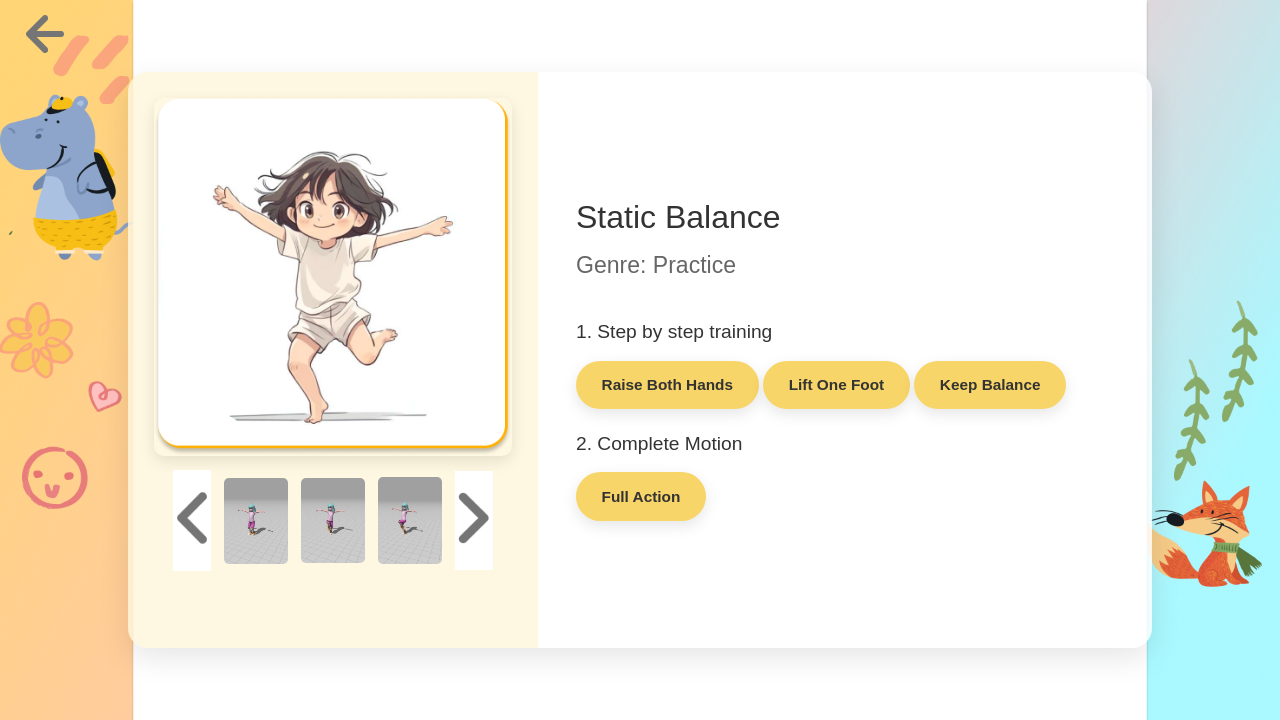
Repository: Jayhawk2000/AR_Game_DCD_Children
Page: prac_bal.html
An editor plug-in stored every save of this project. The page is shown before and after the next save, followed by the edit.
The browser window is 1280 px wide. The pictures show the whole page.

Above is the page before, as saved 2024-10-16 14:08:40.

### prac_bal.html
<!DOCTYPE html>
<html lang="en">
<head>
    <meta charset="UTF-8">
    <meta name="viewport" content="width=device-width, initial-scale=1.0">
    <title>Balance Practice</title>
    <link href="https://cdn.jsdelivr.net/npm/tailwindcss@2.2.19/dist/tailwind.min.css" rel="stylesheet">
    <style>
        body, html {
            margin: 0;
            padding: 0;
            width: 100vw;
            height: 100vh;
            overflow: hidden;
            display: flex;
            justify-content: center;
            align-items: center;
            background-image: url('img/bal.png');
            background-size: cover;
            background-position: center;
            font-family: 'Arial', sans-serif;
        }

        .container {
            width: 80vw;
            height: 80vh;
            border-radius: 20px;
            background-color: rgba(255, 255, 255, 0.8);
            display: flex;
            overflow: hidden;
            box-shadow: 0 10px 30px rgba(0,0,0,0.1);
        }

        .return-button {
            position: absolute;
            top: 2vh;
            left: 2vw;
            width: 3vw;
            height: 3vw;
            background: url('img/returnicon.png') no-repeat center center;
            background-size: contain;
            border: none;
            cursor: pointer;
            transition: transform 0.3s ease;
        }

        .return-button:hover {
            transform: scale(1.1);
        }

        .left-section {
            width: 40%;
            display: flex;
            flex-direction: column;
            align-items: center;
            padding: 2vw;
            background-color: rgba(248, 213, 104, 0.2);
        }

        .illustration img {
            width: 100%;
            height: auto;
            border-radius: 10px;
            box-shadow: 0 5px 15px rgba(0,0,0,0.1);
            transition: transform 0.3s ease;
        }

        .illustration img:hover {
            transform: scale(1.05);
        }

        .thumbnails {
            display: flex;
            width: 100%;
            justify-content: center;
            align-items: center;
            margin-top: 2vh;
        }

        .thumbnail {
            width: 5vw;
            height: auto;
            margin: 0 0.5vw;
            border-radius: 5px;
            transition: all 0.3s ease;
        }

        .thumbnail:hover {
            transform: scale(1.1);
            box-shadow: 0 5px 15px rgba(0,0,0,0.2);
        }

        .staticarrow {
            width: 3vw;
            height: auto;
            margin: 0 0.5vw;
            cursor: pointer;
            transition: transform 0.3s ease;
        }

        .staticarrow:hover {
            transform: scale(1.1);
        }

        .right-section {
            flex: 1;
            padding: 3vw;
            display: flex;
            flex-direction: column;
            justify-content: center;
        }

        .button {
            background-color: #f8d568;
            border: none;
            color: #333;
            padding: 1vw 2vw;
            margin: 0.5vw 0;
            cursor: pointer;
            border-radius: 50px;
            font-weight: bold;
            font-size: 1.2vw;
            transition: all 0.3s ease;
            box-shadow: 0 5px 15px rgba(0,0,0,0.1);
        }

        .button:hover {
            background-color: #f0c040;
            transform: translateY(-3px);
            box-shadow: 0 7px 20px rgba(0,0,0,0.2);
        }

        h1, h2, h3 {
            color: #333;
        }

        h1 {
            font-size: 2.5vw;
            margin-bottom: 1vh;
        }

        h2 {
            font-size: 1.8vw;
            margin-bottom: 3vh;
            color: #666;
        }

        h3 {
            font-size: 1.5vw;
            margin-top: 2vh;
            margin-bottom: 1vh;
        }

        .modal {
            display: none;
            position: fixed;
            z-index: 1000;
            left: 0;
            top: 0;
            width: 100%;
            height: 100%;
            background-color: rgba(0,0,0,0.9);
        }

        .modal-content {
            margin: auto;
            display: block;
            width: 80%;
            max-width: 700px;
            max-height: 80%;
            border-radius: 10px;
        }

        .close {
            position: absolute;
            top: 15px;
            right: 35px;
            color: #f1f1f1;
            font-size: 40px;
            font-weight: bold;
            transition: 0.3s;
        }

        .close:hover,
        .close:focus {
            color: #bbb;
            text-decoration: none;
            cursor: pointer;
        }

        .arrow {
            cursor: pointer;
            position: absolute;
            top: 50%;
            width: auto;
            padding: 16px;
            color: white;
            font-weight: bold;
            font-size: 20px;
            transition: 0.6s ease;
            border-radius: 0 3px 3px 0;
            user-select: none;
        }

        .right-arrow {
            right: 0;
            border-radius: 3px 0 0 3px;
        }

        .left-arrow:hover, .right-arrow:hover {
            background-color: rgba(0,0,0,0.8);
        }
    </style>
</head>
<body>
    <a href="homepage.html" class="return-button"></a>
    <div class="container">
        <div class="left-section">
            <div class="illustration">
                <img src="img/prac_bal.png" alt="Main Illustration">
            </div>
            <div class="thumbnails">
                <img class="staticarrow" src="img/left.png" alt="Previous">
                <img src="img/b1.png" alt="Raise Both Hands" class="thumbnail" onclick="openModal(this.src)">
                <img src="img/b2.png" alt="Lift One Foot" class="thumbnail" onclick="openModal(this.src)">
                <img src="img/b3.png" alt="Keep Balance" class="thumbnail" onclick="openModal(this.src)">
                <img class="staticarrow" src="img/right.png" alt="Next">
            </div>
        </div>
        <div class="right-section">
            <h1>Static Balance</h1>
            <h2>Genre: Practice</h2>
            <div class="training-steps">
                <h3>1. Step by step training</h3>
                <button class="button" onclick="window.location.href='bal_step1.html';">Raise Both Hands</button>
                <button class="button" onclick="window.location.href='bal_step2.html';">Lift One Foot</button>
                <button class="button" onclick="window.location.href='bal_step3.html';">Keep Balance</button>
            </div>
            <div class="complete-motion">
                <h3>2. Complete Motion</h3>
                <button class="button" onclick="window.location.href='bal_full.html';">Full Action</button>
            </div>
        </div>
    </div>

    <div id="myModal" class="modal">
        <span class="close">&times;</span>
        <span class="arrow left-arrow" onclick="changeImage(-1)">&#10094;</span>
        <img class="modal-content" id="img01">
        <span class="arrow right-arrow" onclick="changeImage(1)">&#10095;</span>
    </div>

    <script>
        let currentIndex = 0;
        const images = document.querySelectorAll(".thumbnail");

        function openModal(src) {
            currentIndex = Array.from(images).findIndex(img => img.src === src);
            showModal(currentIndex);
        }

        function showModal(index) {
            const modal = document.getElementById("myModal");
            const modalImg = document.getElementById("img01");
            modal.style.display = "flex";
            modalImg.src = images[index].src;

            const span = document.getElementsByClassName("close")[0];
            span.onclick = function() {
                modal.style.display = "none";
            }
        }

        function changeImage(step) {
            currentIndex += step;
            if (currentIndex >= images.length) {
                currentIndex = 0;
            } else if (currentIndex < 0) {
                currentIndex = images.length - 1;
            }
            showModal(currentIndex);
        }
    </script>
</body>
</html>

After the next save:
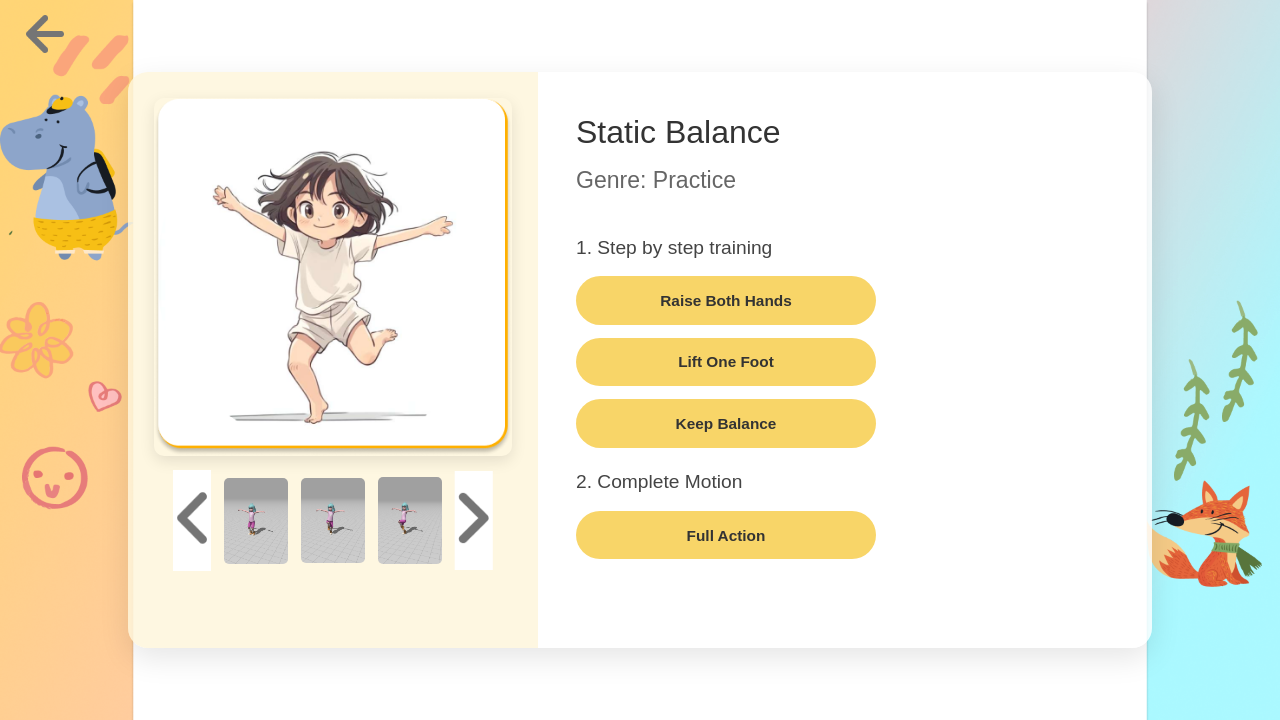
Saved 6 min 28 s later.
--- a/prac_bal.html
+++ b/prac_bal.html
@@ -107,7 +107,8 @@
             padding: 3vw;
             display: flex;
             flex-direction: column;
-            justify-content: center;
+            justify-content: flex-start;
+            padding-top: 5vh;
         }
 
         .button {
@@ -121,7 +122,9 @@
             font-weight: bold;
             font-size: 1.2vw;
             transition: all 0.3s ease;
-            box-shadow: 0 5px 15px rgba(0,0,0,0.1);
+            width: 100%;
+            max-width: 300px;
+            text-align: center;
         }
 
         .button:hover {
@@ -149,6 +152,7 @@
             font-size: 1.5vw;
             margin-top: 2vh;
             margin-bottom: 1vh;
+            color: #444;
         }
 
         .modal {
